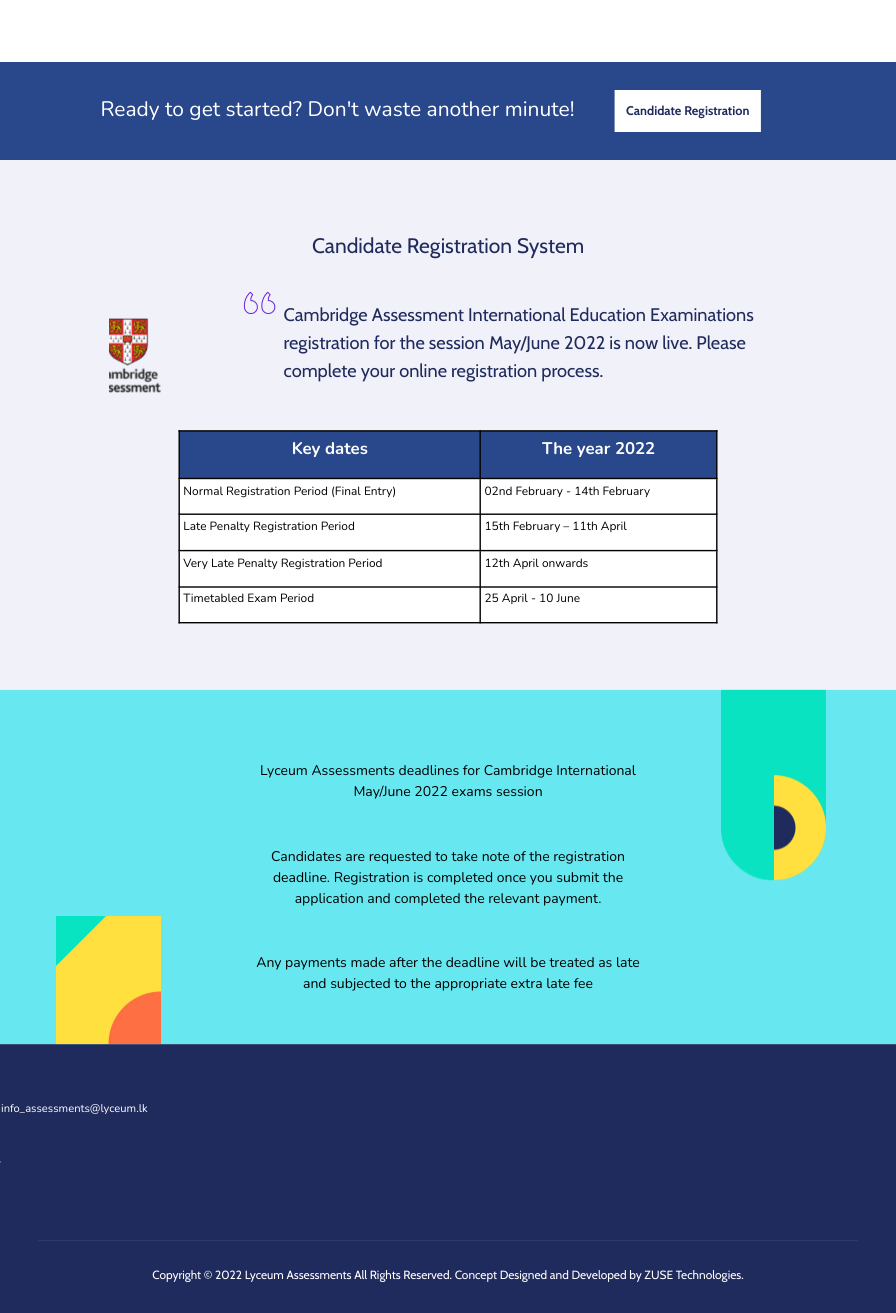
Repository: AXUSLK/LyceumAssessments-HTML
Page: index.html
An editor plug-in stored every save of this project. The page is shown before and after a run of saves, followed by the edit.
The browser window is 1280 px wide. The pictures show the part of the page from y = 2711 to 4631 px (the page is 4586 px tall before and 4631 px after), at 70% of full size.
Backgrounds fixed to the window are drawn as part of the page. Some web libraries are served in a nearby version.

Above is the page before, as saved 2022-01-31 15:21:54.

### index.html
<!DOCTYPE html>
<html lang="en">

<head>
	<!-- set the encoding of your site -->
	<meta charset="utf-8">
	<meta name="viewport" content="width=device-width, initial-scale=1.0">
	<!-- set the page title -->
	<title>Lyceum Assessments is a fully owned subsidiary of the Lyceum Group.</title>
	<!-- inlcude google cabin font cdn link -->
	<link
		href="https://fonts.googleapis.com/css2?family=Cabin:ital,wght@0,400;0,500;0,600;0,700;1,400;1,500;1,600;1,700&display=swap"
		rel="stylesheet">
	<!-- inlcude google nunito font cdn link -->
	<link
		href="https://fonts.googleapis.com/css2?family=Nunito:ital,wght@0,300;0,400;0,600;0,700;1,300;1,400;1,600;1,700&display=swap"
		rel="stylesheet">
	<!-- include the site bootstrap stylesheet -->
	<link rel="stylesheet" href="css/bootstrap.css">
	<!-- include the site stylesheet -->
	<link rel="stylesheet" href="style.css">
	<!-- include theme color setting stylesheet -->
	<link rel="stylesheet" href="css/colors.css">
	<!-- include the site responsive stylesheet -->
	<link rel="stylesheet" href="css/responsive.css">
</head>

<body>
	<!-- pageWrapper -->
	<div id="pageWrapper">
		<div class="phStickyWrap">

			<!-- pageHeader -->
			<header id="pageHeader" class="w-100 headerFixer">
				<div class="container">
					<!-- hdHolder -->
					<div class="hdHolder position-relative pt-2 pb-2 pt-lg-4 pb-lg-4 pt-xl-7 pb-xl-7">
						<div class="row">
							<div class="col-4 col-md-2">
								<!-- logo -->
								<div class="logo mt-1">
									<a href="javascript:void(0);">
										<img src="images/LYA__LOGO.png" class="img-fluid" alt="">
									</a>
								</div>
							</div>
							<div class="col-8 col-md-10 position-static">
								<!-- pageNav -->
								<nav id="pageNav"
									class="navbar navbar-expand-md navbar-dark justify-content-end p-0 align-items-start position-static">
									<!-- pageMainNavCollapse -->
									<div class="collapse navbar-collapse pageMainNavCollapse justify-content-end"
										id="pageMainNavCollapse">
										<!-- mainNavigation -->
										<ul class="navbar-nav mainNavigation fwSemi pt-md-2">
											<li class="nav-item">
												<a class="nav-link" href="#pageWrapper">Home <span
														class="sr-only">(current)</span></a>
											</li>
											<li class="nav-item">
												<a class="nav-link" href="#scrollToAbout">About Us</a>
											</li>
											<li class="nav-item">
												<a class="nav-link" href="#scrollToWhy">Why?</a>
											</li>
											<li class="nav-item">
												<a class="nav-link" href="#scrollToCambridge">Cambridge</a>
											</li>
											<li class="nav-item">
												<a class="nav-link" href="#scrollToContact">Contact Us</a>
											</li>
										</ul>
									</div>
									<!-- hdBtn -->
									<a href="javascript:void(0);"
										class="btn btn-info font-weight-normal text-capitalize hdBtn ml-md-3 ml-md-6 ml-lg-12 position-relative border-0 p-0"
										data-hover="Get Started">
										<span class="d-block btnText">Candidate Registration </span>
									</a>
									<!-- pageNavOpener -->
									<button class="navbar-toggler pageNavOpener ml-3" type="button"
										data-toggle="collapse" data-target="#pageMainNavCollapse"
										aria-controls="pageMainNavCollapse" aria-expanded="false"
										aria-label="Toggle navigation">
										<span class="navbar-toggler-icon"></span>
									</button>
								</nav>
							</div>
						</div>
					</div>
				</div>
			</header>
		</div>

		<main>

			<!-- Header -->
			<section class="introBlock d-flex w-100 position-relative text-white bg-secondary">
				<div class="w-100 d-flex align-items-center">
					<!-- ibHolder -->
					<div class="w-100 position-relative ibHolder py-19 py-md-23 py-xl-29">
						<div class="container">
							<div class="row align-items-center">
								<div class="col-12 col-md-6">
									<div class="captionWrap position-relative">
										<div class="wow fadeInUp" data-wow-delay="0.5s">
											<h1 class="text-white font-weight-bold mb-5"> The best route for your
												education
											</h1>
										</div>
										<div class="wow fadeInUp" data-wow-delay="1s">
											<p>Don't waste another minute, concentrate on your studies!</p>
										</div>
										<div class="wow fadeInUp" data-wow-delay="1.5s">
											<a href="#scrollToWhy"
												class="btn btn-info btnMin align-top mt-6 p-0 border-0 position-relative"
												data-hover="Why Us?">
												<span class="d-block btnText">Why?</span>
											</a>
										</div>
									</div>
								</div>
								<div class="col-12 col-md-6 d-none d-md-block imageWrap wow bounceInRight"
									data-wow-delay="2s">
									<!-- imgHolder -->
									<div class="imgHolder pl-7 pl-xl-12 position-relative">
										<img src="./images/header.png">
									</div>
								</div>
							</div>
						</div>
					</div>
				</div>
				<!-- svgBg -->
				<svg class="svgBg">
					<defs>
						<clipPath id="path01" clipPathUnits="objectBoundingBox">
							<path d="M 1 0 L 0.93 0 C 0.7 0.18 0.77 0.26 0.51 0.34 Q 0.36 0.38 0.52 1 L 1 1 Z"></path>
						</clipPath>
					</defs>
					<rect width="100%" height="100%" style="clip-path: url(#path01);" fill="#7730ef"></rect>
				</svg>
				<!-- ibBgPattern -->
				<span class="position-absolute w-100 h-100 ibBgPattern"
					style="background-image: url(images/bgShapes01.png);"></span>
			</section>

			<!-- Partners -->
			<aside class="sponsorsAside position-relative text-center">
				<div class="container">
					<div class="bg-white mt-n12 mt-md-n15 shadow-lg py-4 py-md-7">
						<!-- logosSlider -->
						<div class="logosSlider">

							<!-- slide -->
							<div>
								<!-- logoWrap -->
								<div class="logoWrap">
									<img src="images/lyceum_school.png" class="img-fluid" alt="stylus">
								</div>
							</div>
							<!-- slide -->
							<div>
								<!-- logoWrap -->
								<div class="logoWrap">
									<img src="images/lyceum_placements.png" class="img-fluid" alt="drkht">
								</div>
							</div>
							<!-- slide -->
							<div>
								<!-- logoWrap -->
								<div class="logoWrap">
									<img src="images/lyceum_assessments.png" class="img-fluid" alt="Brook.">
								</div>
							</div>

						</div>
					</div>
				</div>
			</aside>

			<!-- About -->
			<div id="scrollToAbout" class="mt-md-n12 mt-lg-n14 pt-md-12 pt-lg-14">
				<!-- featureBlock -->
				<section class="featureBlock pt-8 pt-md-13 pt-lg-19 pt-xl-23">
					<div class="container">
						<!-- afColumn -->
						<article class="afColumn mb-7 mb-md-11 mb-lg-18">
							<div class="row align-items-center">
								<div class="col-12 col-md-6 wow slideInRight">
									<div class="extraWrap pl-md-7 pl-lg-14">
										<!-- titleWrap -->
										<header class="titleWrap">
											<h3 class="mb-5">About Lyceum Assessments</h3>
											<p>Lyceum Assessments is a fully owned subsidiary of the Lyceum Group. We
												are focusing on
												conducting, administering and offering competitive international and
												Lyceum examinations to
												students island-wide.
											</p>
											<p>
												Lyceum Assessments (Pvt) Limited was incorporated as a private limited
												company under the
												Companies Act of Sri Lanka on 27th July 2021.</p>
										</header>
										<!-- afTabsList -->
										<ul class="nav nav-tabs afTabsList border-0 fontAlter fwMedium mt-8" id="myTab"
											role="tablist">
											<li class="nav-item" role="presentation">
												<a class="nav-link active" id="analytics-tab" data-toggle="tab"
													href="#analytics" role="tab" aria-controls="analytics"
													aria-selected="true">Our Vision</a>
											</li>
											<li class="nav-item" role="presentation">
												<a class="nav-link" id="traffic-tab" data-toggle="tab" href="#traffic"
													role="tab" aria-controls="traffic" aria-selected="false">Our
													Mission</a>
											</li>
										</ul>
										<!-- myTabContent -->
										<div class="tab-content" id="myTabContent">
											<div class="tab-pane fade show active" id="analytics" role="tabpanel"
												aria-labelledby="analytics-tab">
												<div class="mtctWrap overflow-hidden pt-5">
													<p>To become the market leader in the administration of assessments
														in the region.</p>
												</div>
											</div>
											<div class="tab-pane fade" id="traffic" role="tabpanel"
												aria-labelledby="traffic-tab">
												<div class="mtctWrap overflow-hidden pt-5">
													<p>To provide the expertise required to assess learning at different
														levels of education by making
														globally recognized awards and qualifications accessible &
														affordable to all while ensuring
														international quality standards.</p>
												</div>
											</div>
										</div>
									</div>
								</div>

								<div class="col-12 col-md-6 wow slideInLeft">
									<!-- imgHolder -->
									<div class="imgHolder position-relative mx-auto mb-4 mb-md-0">
										<img src="./images/about.png" class="img-fluid" alt="image description">
										<!-- bgPattern -->
										<span class="bgPattern position-absolute"
											style="background-image: url(images/bgShapes03.png);"></span>
									</div>
								</div>
							</div>
						</article>
					</div>
				</section>
			</div>

			<!-- allFeatBlock -->
			<section id="scrollToWhy" class="allFeatBlock pb-3 pb-lg-10 pb-xl-14">
				<div class="container">
					<!-- afColumnsWrap -->
					<div class="afColumnsWrap">
						<!-- afColumn -->
						<article class="afColumn mb-7 mb-md-11 mb-lg-18">
							<div class="row align-items-center">
								<div class="col-12 col-md-6 wow slideInLeft">
									<!-- imgHolder -->
									<div class="imgHolder position-relative mx-auto mb-4 mb-md-0">
										<img src="./images/lyceum_group.png" class="img-fluid" alt="image description">
										<!-- bgPattern -->
										<span class="bgPattern position-absolute"
											style="background-image: url(images/bgShapes03.png);"></span>
									</div>
								</div>
								<div class="col-12 col-md-6 wow slideInRight">
									<div class="extraWrap pl-md-7 pl-lg-14">
										<!-- titleWrap -->
										<header class="titleWrap">
											<h3 class="mb-5">The Lyceum Group</h3>
										</header>
										<p>
										<p>Lyceum group allows the students to grow with international ideals and
											character, in a multi-ethnic, multi-cultural and multi-religious, school
											environment. Academic and co-curricular programmes conducted by Lyceum
											International Schools, fully complying with international standards.</p>
										<p>The Honourable Dr. Mohan Lal Grero, a visionary educator founded Lyceum
											International Schools in 1993 to provide English medium education up to
											Grade 12. The school is non-profit organization, which is co-educational and
											committed to the pursuit of excellence in teaching and learning in the
											English medium, which is accessible and affordable to all within the
											socio-cultural environment of Sri Lanka.</p>
										<p>Lyceum Placements and Lyceum Assessments are the latest additions to the
											Lyceum Group</p>
										</p>
									</div>
								</div>
							</div>
						</article>
						<!-- afColumn -->
						<article class="afColumn mb-7 mb-md-11 mb-lg-18">
							<div class="row align-items-center">
								<div class="col-12 col-md-6 wow slideInLeft">
									<!-- imgHolder -->
									<div class="imgHolder position-relative mx-auto mb-4 mb-md-0">
										<img src="./images/cambridge.png" class="img-fluid" alt="image description">
										<!-- bgPattern -->
										<span class="bgPattern position-absolute"
											style="background-image: url(images/bgShapes03.png);"></span>
									</div>
								</div>
								<div class="col-12 col-md-6 wow slideInRight">
									<div class="extraWrap pr-md-7 pr-lg-14">
										<!-- titleWrap -->
										<header class="titleWrap">
											<h3 class="mb-5">Cambridge International Examinations</h3>
											<p>
											<p>Cambridge Assessment International Education prepares school students for
												life, helping them develop an informed curiosity and a lasting passion
												for learning.</p>
											<p>Cambridge international qualifications are recognized by the
												world&rsquo;s best universities and employers, giving students a wide
												range of options in their education and career. As a not-for-profit
												organization, Cambridge devotes their resources to delivering
												high-quality educational programs that can unlock learners' potential.
											</p>
											</p>
										</header>

									</div>
								</div>
							</div>
						</article>
					</div>
				</div>
			</section>

			<!-- tryPetAside -->
			<aside class="tryPetAside text-center text-white py-5 py-lg-8 wow pulse">
				<div class="container">
					<p class="mb-0">Ready to get started? Don't waste another minute! <a href="javascript:void(0);"
							class="btn btnWhite mt-3 mt-md-0 mx-md-4 mx-lg-10 btnMin p-0 border-0 position-relative"
							data-hover="Try it"><span class="d-block btnText">Candidate Registration</span></a></p>
				</div>
			</aside>

			<div id="scrollToCambridge" class="mt-md-n12 mt-lg-n14 pt-md-12 pt-lg-14 wow fadeIn" data-wow-delay="1s">
				<!-- testimonialsBlock -->
				<article
					class="testimonialsBlock bg-light pt-7 pb-5 pt-md-9 pb-md-7 pt-lg-14 pb-lg-12 pt-xl-21 pb-xl-19">
					<div class="container">
						<header class="text-center mb-8">
							<h2 class="h4 font-weight-normal">Candidate
								Registration System</h2>
						</header>
						<div class="row">
							<div class="col-12 col-md-10 offset-md-1">
								<!-- quotesSlider -->
								<div class="quotesSlider">
									<div>
										<!-- clientQuote -->
										<blockquote
											class="clientQuote fontAlter position-relative text-primary pt-25 pt-sm-0 pl-sm-40 pl-xl-50 mb-0">
											<q class="d-block position-relative mb-7 pt-4 pl-12 pl-sm-0">Cambridge
												Assessment International Education Examinations registration for the
												session May/June
												2022 is now live. Please complete your online registration
												process. </q>
											<cite class="d-block pl-12 pl-sm-0">
												<!-- profilePicWrap -->
												<span
													class="profilePicWrap position-absolute overflow-hidden rounded-circle">
													<img src="./images/cambridge_logo.png"
														class="img-fluid w-100 h-100 imgFit rounded-circle"
														alt="Donald Salvor || Global Initiative">
												</span>

											</cite>
										</blockquote>
									</div>
								</div>
							</div>
						</div>
						<div class="row">
							<div class="col-md-2"></div>
							<div class="col-md-8">
								<table class="infoTable">
									<tbody>
										<tr>
											<th width="298">
												<p><strong>Key dates</strong></p>
											</th>
											<th width="234">
												<p><strong>The year 2022</strong></p>
											</th>
										</tr>
										<tr>
											<td width="298">
												<p>Normal Registration Period (Final Entry)</p>
											</td>
											<td width="234">
												<p>02nd February - 14th February</p>
											</td>
										</tr>
										<tr>
											<td width="298">
												<p>Late Penalty Registration Period</p>
											</td>
											<td width="234">
												<p>15th February &ndash; 11th April</p>
											</td>
										</tr>
										<tr>
											<td width="298">
												<p>Very Late Penalty Registration Period</p>
											</td>
											<td width="234">
												<p>12th April onwards</p>
											</td>
										</tr>
										<tr>
											<td width="298">
												<p>Timetabled Exam Period</p>
											</td>
											<td width="234">
												<p>25 April - 10 June</p>
											</td>
										</tr>
									</tbody>
								</table>
							</div>
							<div class="col-md-2"></div>

						</div>

					</div>
				</article>
			</div>

			<!-- getStartedAside -->
			<aside
				class="getStartedAside textMedium position-relative d-flex w-100 bg-info text-center overflow-hidden">
				<div class="d-flex w-100 gsaHolder align-items-center">
					<div class="w-100 py-7">
						<div class="container">
							<div class="row">
								<div
									class="col-12 col-md-10 offset-md-1 col-lg-8 offset-lg-2 col-xl-6 offset-xl-3 wow wobble">
									<!-- <h1 class="h1Medium fontBase font-weight-normal mb-4">Let us help you with your
										design hassles</h1> -->

									<div class="infoTableP">
										<p>&nbsp;</p>
										<p>Lyceum Assessments deadlines for Cambridge International May/June 2022 exams
											session</p>
										<p>&nbsp;</p>
										<p>Candidates are requested to take note of the registration deadline.
											Registration
											is completed once you submit the application and completed the relevant
											payment.
										</p>
										<p>&nbsp;</p>
										<p>Any payments made after the deadline will be treated as late and subjected to
											the
											appropriate extra late fee</p>
									</div>

								</div>
							</div>
						</div>
					</div>
				</div>
				<span class="bgPattern bgPatterni inaccessible position-absolute wow bounceInDown" data-wow-delay="1s">
					<img src="images/bgShapes05.png" class="img-fluid" alt="image description">
				</span>
				<span class="bgPattern bgPatternii inaccessible position-absolute  wow bounceInUp" data-wow-delay="1s">
					<img src="images/bgShapes04.jpg" class="img-fluid" alt="image description">
				</span>
			</aside>

		</main>

		<!-- Footer -->
		<div class="ftAreaWrap bg-primary text-gray777fa1 wow fadeIn" data-wow-delay="0.5s">
			<!-- footerAside -->
			<aside id="scrollToContact"
				class="footerAside pt-20 pt-md-10 pt-lg-16 pb-1 pb-md-4 position-relative text-center text-sm-left">
				<div class="">
					<!-- ftLogo -->
					<div class="ftLogo mb-6 mx-auto mx-md-0 centerDivItem">
						<a href="javascript:void(0);">
							<img src="images/LYA__LOGO.png" class="img-fluid " alt="">
						</a>

						<address class="ftAddress text-center text-md-left mb-6 mt-6 mt-md-0">3/1, Raymond
							Road,
							Nugegoda, Sri Lanka</address>

						<address class="ftAddress text-center text-md-left mb-6 mt-6 mt-md-0">
							info_assessments@lyceum.lk</address>
					</div>

					<!-- ftAddress -->

				</div>
			</aside>
			<!-- pageFooter -->
			<footer id="pageFooter" class="text-center fontAlter">
				<div class="container">
					<!-- pfHolder -->
					<div class="pfHolder pt-7 pb-5">
						<p>Copyright © 2022 Lyceum Assessments All Rights
							Reserved. Concept Designed and Developed by
							<a target="_blank" href="https://zuse.lk/">ZUSE Technologies.</a>
						</p>
					</div>
				</div>
			</footer>
		</div>

	</div>
	<!-- include jQuery library -->
	<script src="js/jquery-3.4.1.min.js"></script>
	<!-- include bootstrap popper JavaScript -->
	<script src="js/popper.min.js"></script>
	<!-- include bootstrap JavaScript -->
	<script src="js/bootstrap.min.js"></script>
	<!-- include custom JavaScript -->
	<script src="js/jqueryCustom.js"></script>
	<!-- include fontAwesome -->
	<script src="https://kit.fontawesome.com/391f644c42.js"></script>
</body>

</html>

### css/colors.css
.btnTheme .btnText,
#pageHeader.fixedPosition,
.featColumn:before,
.tryPetAside,
.ftSocialNetworks > li > a:hover {
	background-color: #29478b;
}

.btnTheme:before,
.afDefList .icn,
.afTabsList .nav-link.active,
.clientQuote q:before,
.tickList > li:before {
	color: #6720df;
}

.btnTheme:before,
.btnTheme .btnText,
.afTabsList .nav-link.active {
	border-color: #6720df;
}

Loaded but not shown: css/bootstrap.css (library); js/jquery-3.4.1.min.js (library); js/popper.min.js (library); js/bootstrap.min.js (library); js/jqueryCustom.js (771 lines, source omitted); style.css (4758 lines, source omitted); css/responsive.css (209 lines, source omitted)

After the next 2 saves:
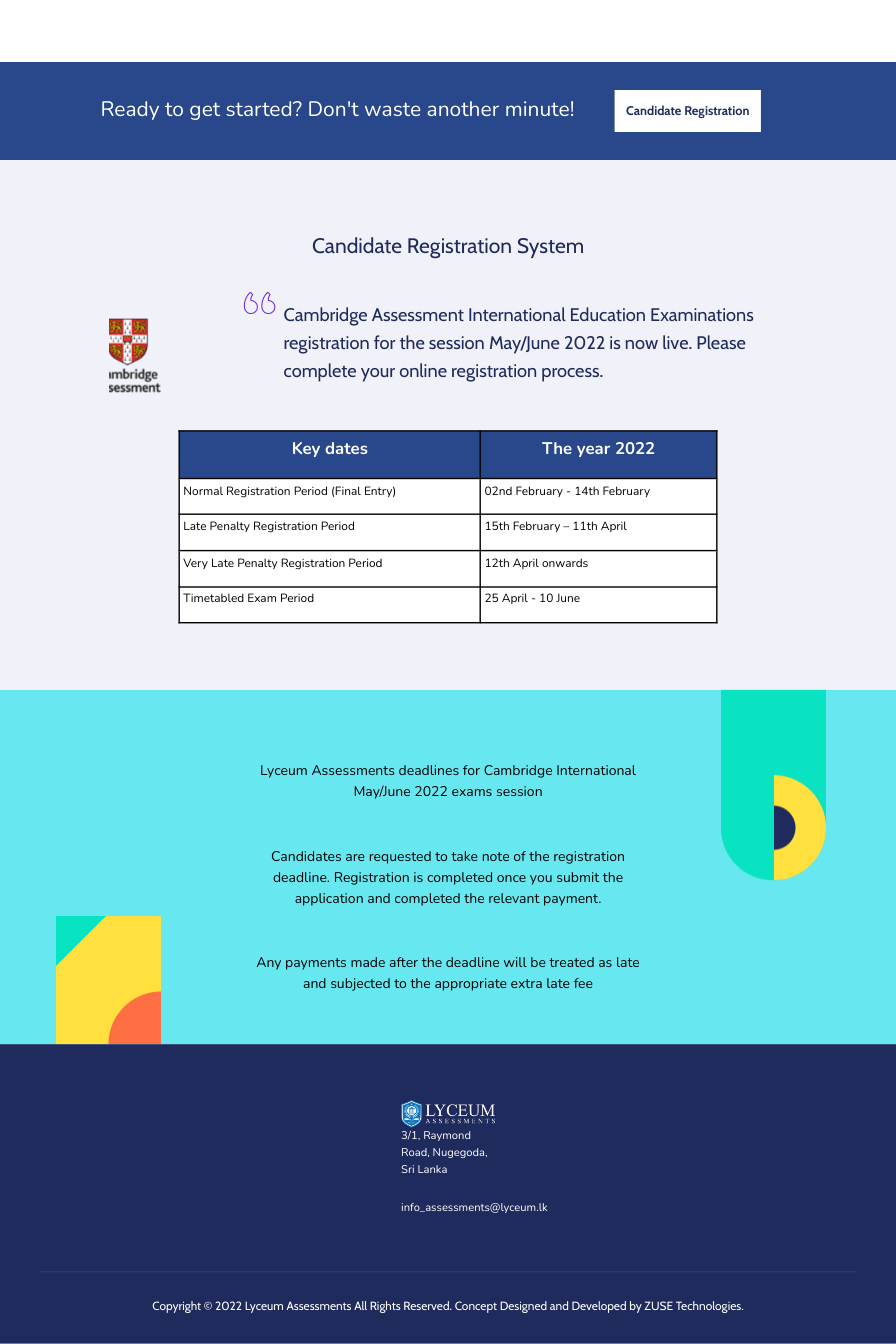
The 2 saves are shown as one change because they came seconds apart.
The last was saved 9 s later.
--- a/index.html
+++ b/index.html
@@ -484,9 +484,9 @@
 			<!-- footerAside -->
 			<aside id="scrollToContact"
 				class="footerAside pt-20 pt-md-10 pt-lg-16 pb-1 pb-md-4 position-relative text-center text-sm-left">
-				<div class="">
+				<div class="centerDivItem">
 					<!-- ftLogo -->
-					<div class="ftLogo mb-6 mx-auto mx-md-0 centerDivItem">
+					<div class="ftLogo mb-6 mx-auto mx-md-0 ">
 						<a href="javascript:void(0);">
 							<img src="images/LYA__LOGO.png" class="img-fluid " alt="">
 						</a>
